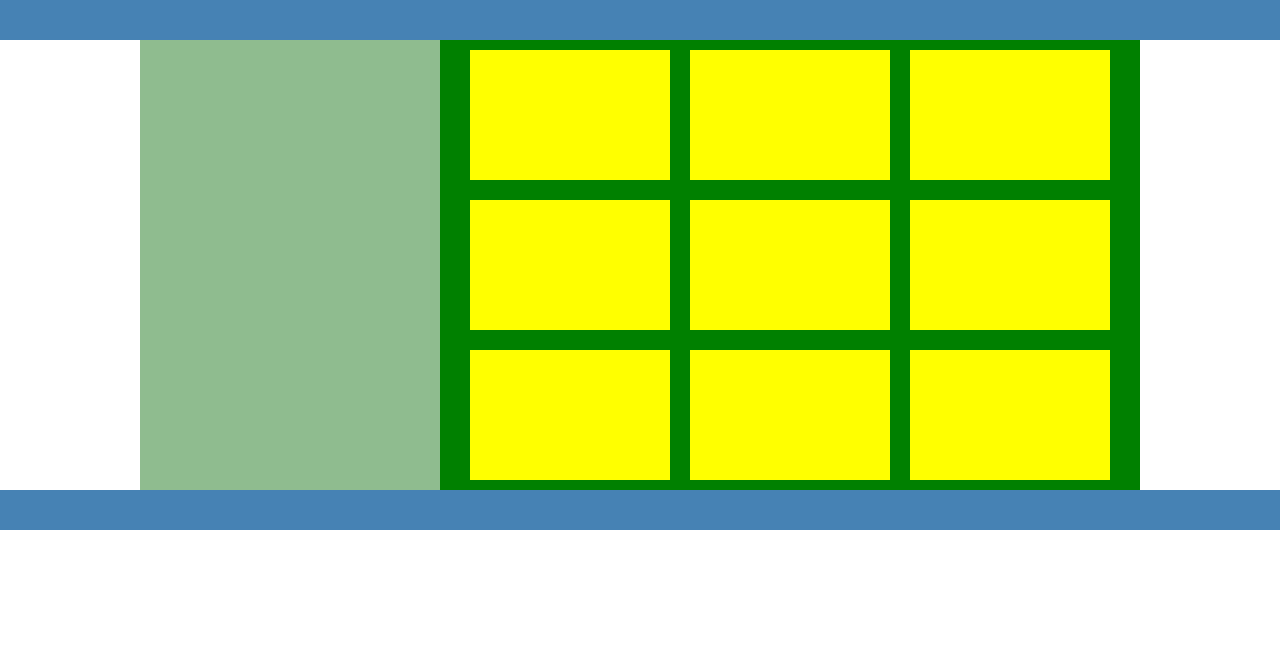
Repository: cyaomasa/java-
Page: flex/flex.html
The author's editor kept a record of every edit. The page is drawn from the files as they stood at one moment, then again after the next edit.
The browser window is 1280 px wide. The pictures show the whole page.

Above is the page before.

### flex/flex.html
<!DOCTYPE html>
<html lang="ja">
  <head>
    <meta charset="UTF-8" />
    <link rel="stylesheet" href="style.css" />
    <title>flexboxennsyuu</title>
  </head>
  <body>
    <div class="footer">
      <div></div>
      <div></div>
      <div></div>
      <div></div>
      <div></div>
    </div>
    <div class="main">
      <div class="main1"></div>
      <div class="main2">
        <div></div>
        <div></div>
        <div></div>
        <div></div>
        <div></div>
        <div></div>
        <div></div>
        <div></div>
        <div></div>
      </div>
    </div>
    <div class="footer">
      <div></div>
      <div></div>
      <div></div>
    </div>
  </body>
</html>

### flex/style.css
* {
  margin: 0;
  padding: 0;
  box-sizing: border-box;
}

.header {
  padding: 30px 20px;
  background-color: #ff00ff;
  display: flex;
  justify-content: flex-end;
}
.header > div {
  felx-basis: 140px;
  height: 70px;
  margin: 0 10px;
  background-color: #fbb3ff;
}
.header > :first-child {
  margin-right: auto;
}

.main {
  display: flex;
  justify-content: center;
}
.main1 {
  width: 300px;
  background-color: #8FBC8F;
}
.main2 {
  background-color: #008000;
  max-width: 700px;
  display: flex;
  flex-grow: 1;
  flex-wrap: wrap;
  justify-content: center;
}
.main2 > div {
  margin: 10px;
  height: 130px;
  padding: 20px;
  flex-basis: 200px;
  background-color: #FFFF00;
}
.footer {
  padding: 20px;
  background-color: #4682B4;
  display: flex;
  justify-content: center;
}
.footer > div {
  flec
}

After the next edit:
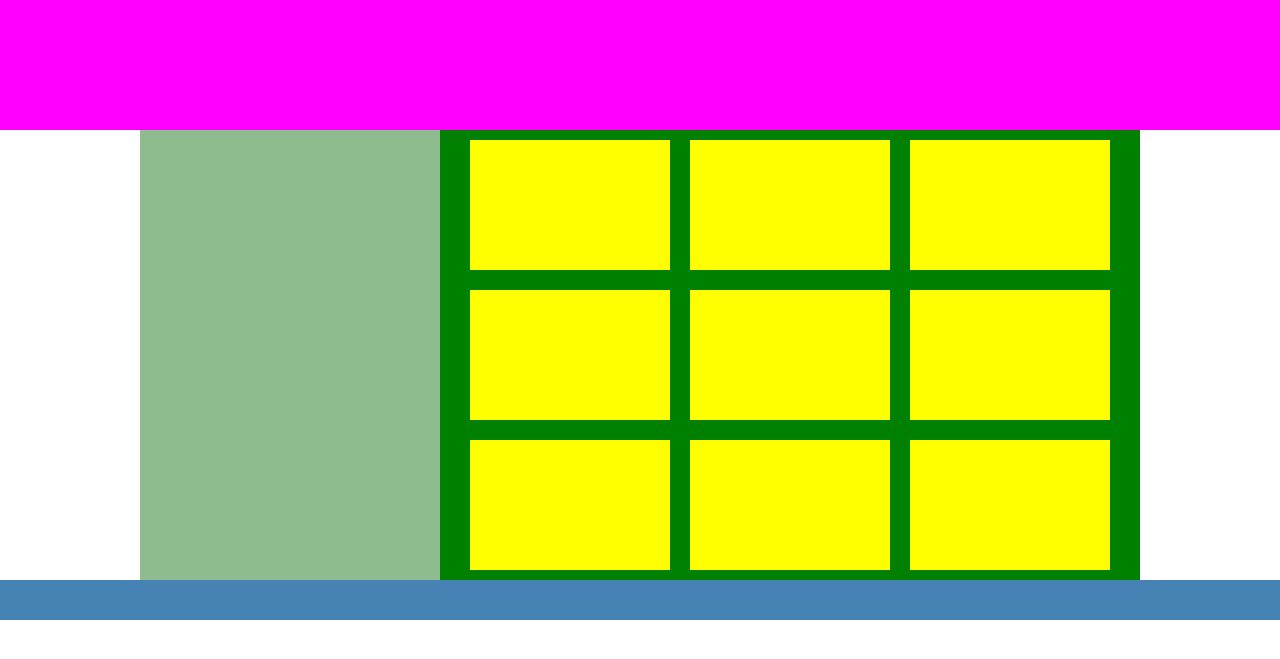
The edit:
--- a/flex/flex.html
+++ b/flex/flex.html
@@ -6,13 +6,14 @@
     <title>flexboxennsyuu</title>
   </head>
   <body>
-    <div class="footer">
+    <div class="header">
       <div></div>
       <div></div>
       <div></div>
       <div></div>
       <div></div>
     </div>
+
     <div class="main">
       <div class="main1"></div>
       <div class="main2">
